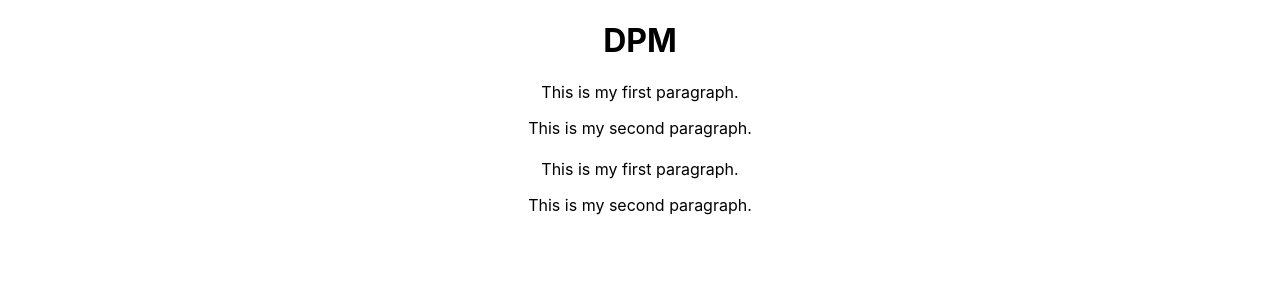
Repository: AidanHak/udemy-react-guide
Page: / (app in base-syntax--assignment-problem/)
The author's editor kept a copy of each file at every save. The page is drawn from the files as they stood at one save, then again after the next save.
The browser window is 1280 px wide. The pictures show the whole page.
The project was rebuilt for these pictures with package versions that can differ from the ones it lists, and the page was loaded fresh each time.

Above is the page before, as saved 2020-12-17 19:19:39.

### base-syntax--assignment-problem/src/App.js
import React, { Component } from 'react';
import './App.css';
import UserOutput from './UserOutput/UserOutput';

class App extends Component {
	state = {
		username: 'DPM'
	}

	changeUsernameHandler = (event) => {
		this.setState = {
			username: event.target.value
		}
	}

	render() {
		return (
		  <div className="App">
			  <UserOutput
			  	username={this.state.username}
				usernameChange={this.changeUsernameHandler}></UserOutput>
			  <UserOutput></UserOutput>
		  </div>
		);
	}
}

export default App;

### base-syntax--assignment-problem/src/UserOutput/UserOutput.js
import React from 'react';

const UserOutput = (props) => {
	return (
		<div className="UserOutput">
			<h1>{props.username}</h1>
			<p>This is my first paragraph.</p>
			<p>This is my second paragraph.</p>
		</div>
	)
}

export default UserOutput;

### base-syntax--assignment-problem/src/UserInput/UserInput.js
import React from 'react';

const UserInput = (props) => {
	return (
		<div className="UserInput">
			<input type="text" value={props.username} onChange={props.usernameChange} />
		</div>
	)
}

export default UserInput;

Loaded but not shown: base-syntax--assignment-problem/public/index.html (common file); base-syntax--assignment-problem/src/index.js (common file); base-syntax--assignment-problem/src/index.css (common file); base-syntax--assignment-problem/src/reportWebVitals.js (common file); base-syntax--assignment-problem/src/App.css (common file)

After the next save:
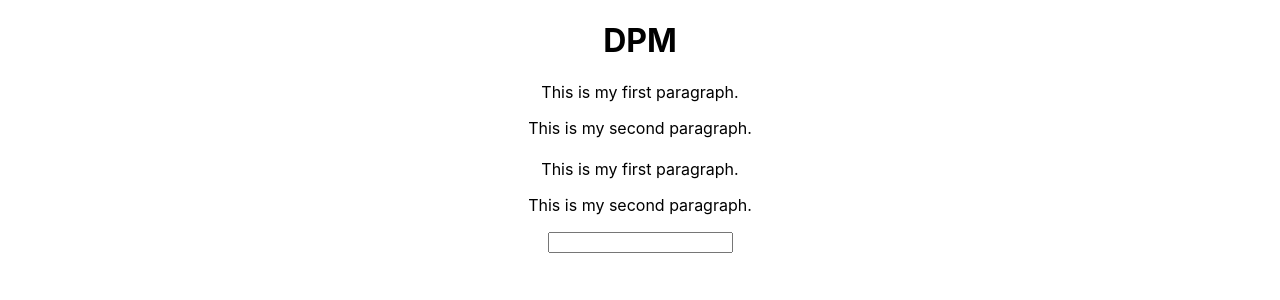
Saved 2 min 40 s later.
--- a/base-syntax--assignment-problem/src/App.js
+++ b/base-syntax--assignment-problem/src/App.js
@@ -1,5 +1,6 @@
 import React, { Component } from 'react';
 import './App.css';
+import UserInput from './UserInput/UserInput';
 import UserOutput from './UserOutput/UserOutput';
 
 class App extends Component {
@@ -20,6 +21,7 @@ class App extends Component {
 			  	username={this.state.username}
 				usernameChange={this.changeUsernameHandler}></UserOutput>
 			  <UserOutput></UserOutput>
+			  <UserInput></UserInput>
 		  </div>
 		);
 	}
